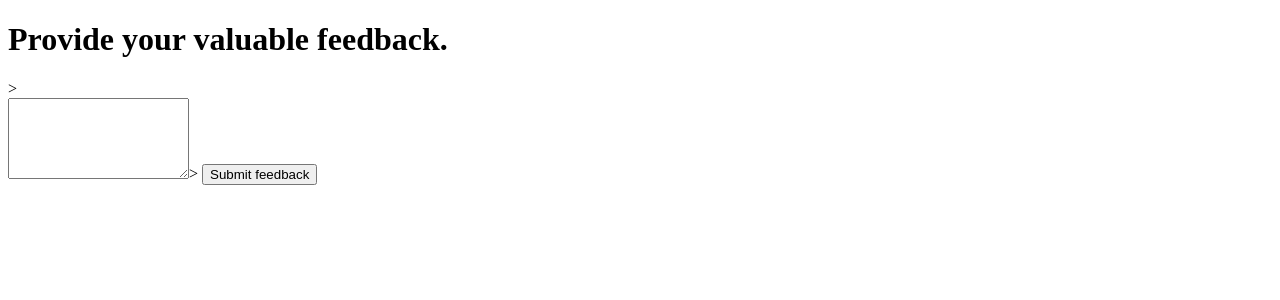
Repository: alph-a07/Java-EE
Page: http://localhost/FeedBackPage/SubmitFeedback.jsp
An editor plug-in stored every save of this project. The page is shown before and after the next save, followed by the edit.
The browser window is 1280 px wide. The pictures show the whole page.
The page is served by Tomcat 9. Other server files are loaded and not shown.

Above is the page before, as saved 2023-01-20 11:15:09.

### FeedBackPage/src/main/webapp/SubmitFeedback.jsp
<%@ page language="java" contentType="text/html; charset=ISO-8859-1"
	pageEncoding="ISO-8859-1"%>

<!DOCTYPE html>

<html>

	<head>
	<meta charset="ISO-8859-1">
	<title>Feedback page</title>
	</head>

	<body>
		<h1>Provide your valuable feedback.</h1>>

		<form>
		<textarea rows = 5 name="feedbackParam"></textarea>>
		<input type="submit" name="submit" value="Submit feedback"/>
		</form>
	</body>
</html>

After the next save:
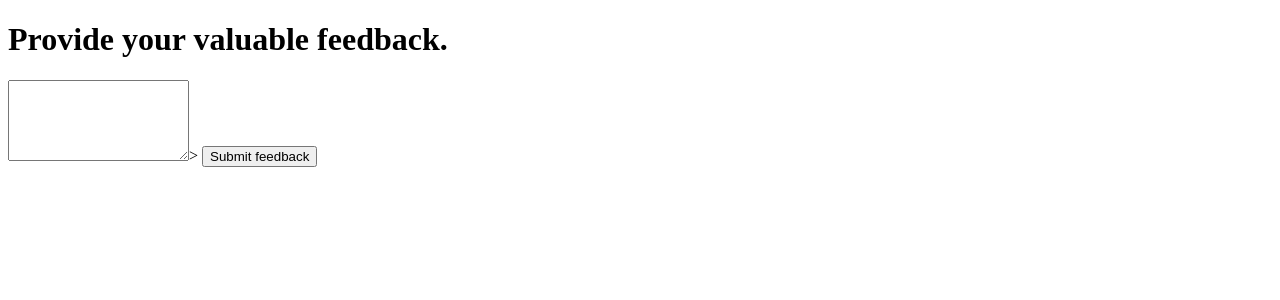
Saved 25 s later.
--- a/FeedBackPage/src/main/webapp/SubmitFeedback.jsp
+++ b/FeedBackPage/src/main/webapp/SubmitFeedback.jsp
@@ -11,7 +11,7 @@
 	</head>
 
 	<body>
-		<h1>Provide your valuable feedback.</h1>>
+		<h1>Provide your valuable feedback.</h1>
 
 		<form>
 		<textarea rows = 5 name="feedbackParam"></textarea>>
